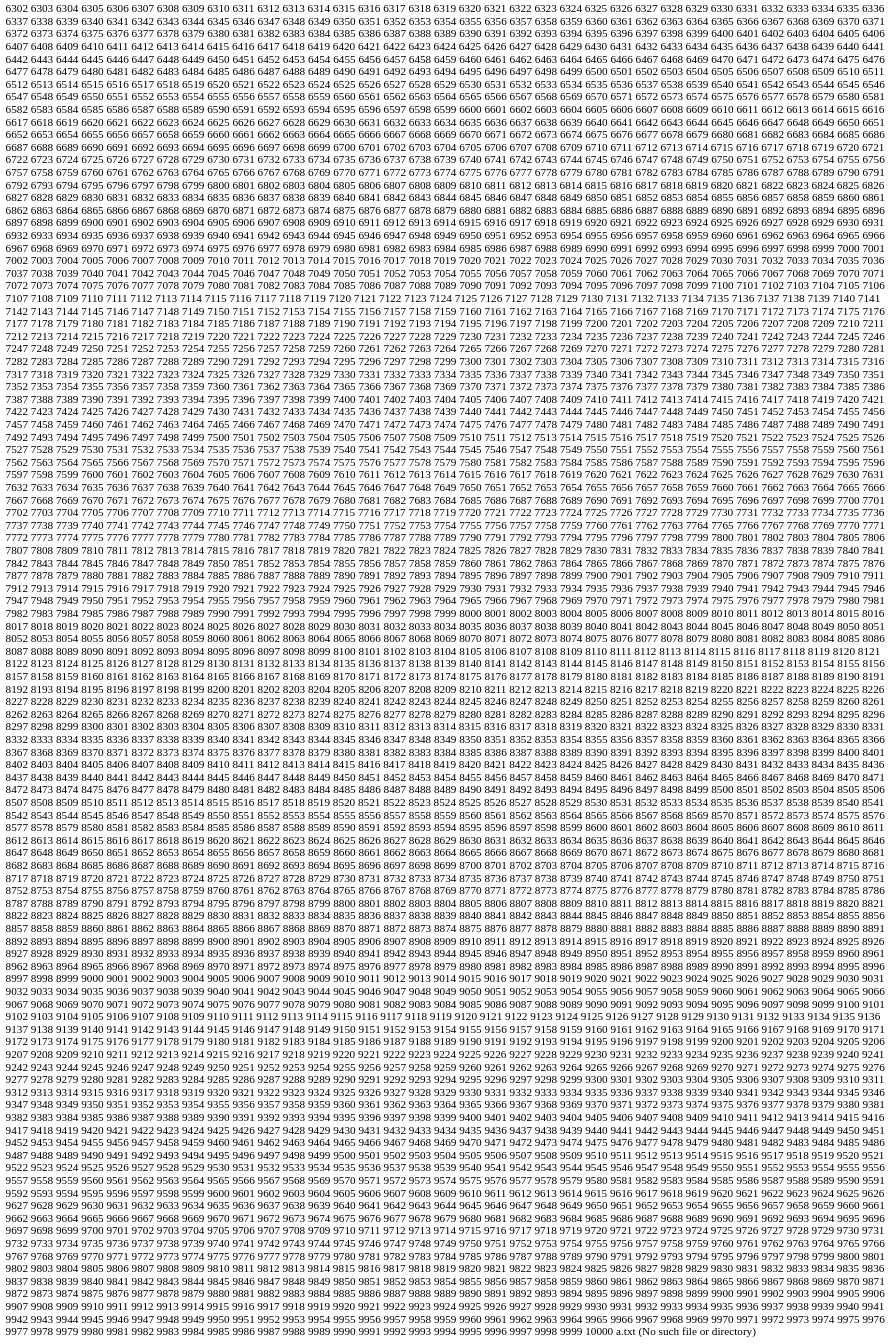
Repository: devfuturo/kosta_web
Page: http://localhost/back/jsp/pagedirective.jsp
An editor plug-in stored every save of this project. The page is shown before and after the next save, followed by the edit.
The browser window is 1280 px wide. The pictures show the part of the page from y = 3118 to 5038 px (the page is 5038 px tall), at 70% of full size.
The page is served by Tomcat 9.

Above is the page before, as saved 2022-06-16 08:45:19.

After the next save:
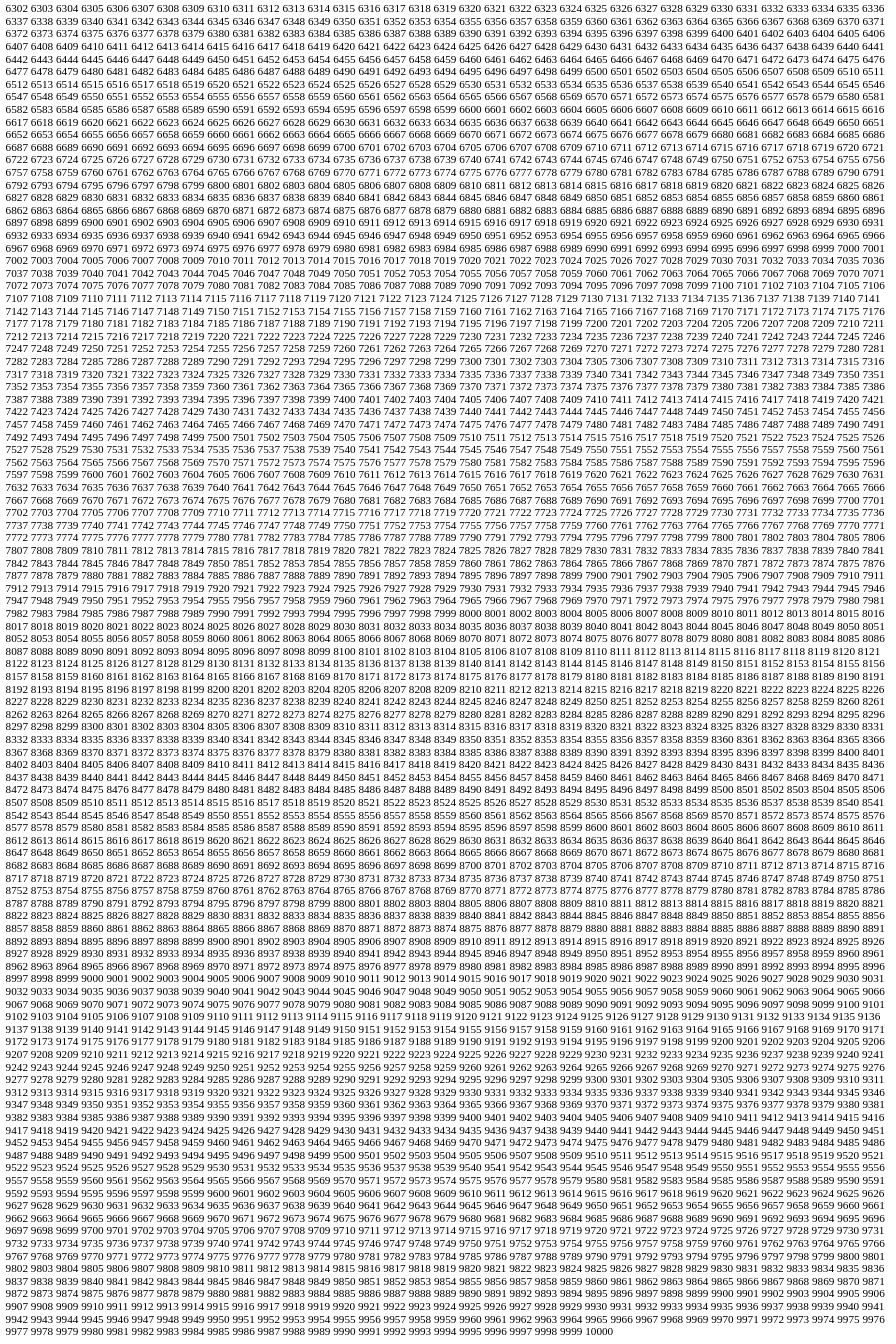
Saved 30 s later.
--- a/back/src/main/webapp/jsp/pagedirective.jsp
+++ b/back/src/main/webapp/jsp/pagedirective.jsp
@@ -18,7 +18,7 @@
 try{
 	fis = new FileInputStream("a.txt");
 }catch(FileNotFoundException e){
-%><%=e.getMessage() %>
+%><%--=e.getMessage() --%>
 <%}
 %>
 </body>
